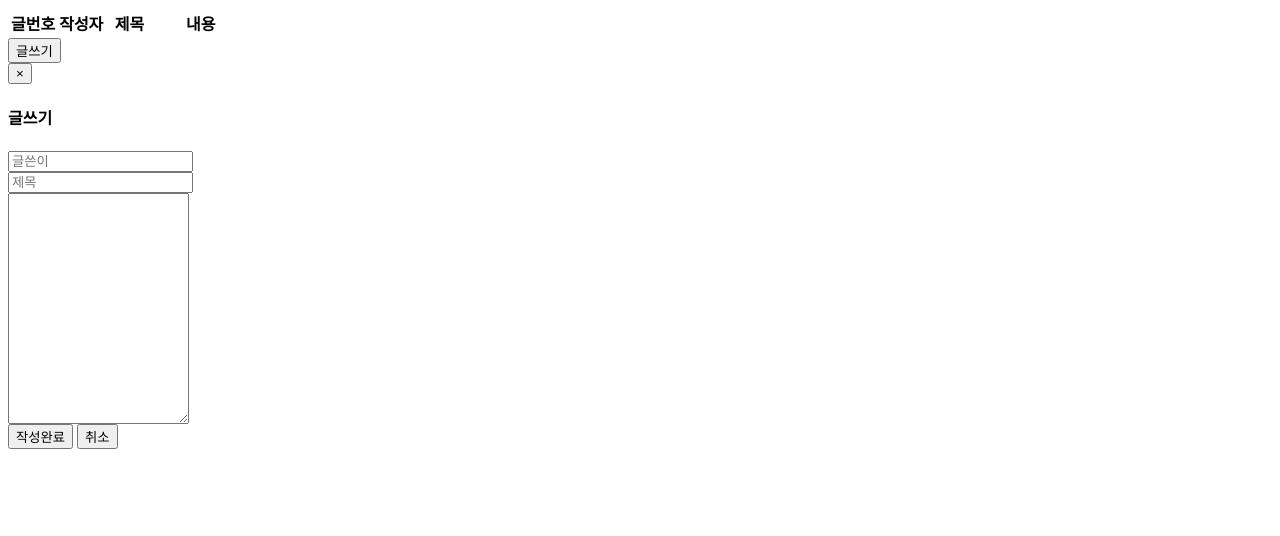
Repository: jjjikolpp/Developer
Page: http://localhost/myProject/include_normal_board.jsp
These files come from the project's save history. The page is drawn as it stood at one moment and after the next save; the edit follows.
The browser window is 1280 px wide. The pictures show the whole page.
The page is served by Tomcat 9. Nobody is signed in. The application's start-up code is not run. Other server files are loaded and not shown.

Above is the page before, as saved 2017-04-13 08:38:39.
Console error: ReferenceError: $ is not defined

### myProject/src/main/webapp/include_normal_board.jsp
<%@ page language="java" contentType="text/html; charset=UTF-8"
	pageEncoding="UTF-8"%>
<!DOCTYPE html PUBLIC "-//W3C//DTD HTML 4.01 Transitional//EN" "http://www.w3.org/TR/html4/loose.dtd">
<html>
<head>
<meta http-equiv="Content-Type" content="text/html; charset=UTF-8">
<title>Insert title here</title>
</head>
<script type="text/javascript">
	var title;
	var writer;
	var context;
	var nno;
	var pageNo = 1;
	var pageNum = 0;
	var state;
	//$(document).ready(normalViewAll());
	$(document).ready(count(1));

	function count(pageNo){

		console.log(pageNo);
		$.ajax({

			type : "get",
			url : "normal_count",
			dataType : "json",
			data : {pageNo : pageNo},
			success : function(data) {
				pageNum = data.count;
				console.log("count : " + data.count);
			},
			error : function(error) {
				console.log("normal_count err");
			}
		});
		setTimeout( () => {
		normalViewAll(pageNo);

		}, 10);
	}

	function normalViewAll(pageNo) {
		$("#jsonId").empty();


		$.ajax({

			type : "get",
			url : "normal",
			dataType : "json",
			data : {pageNo : pageNo},
			success : function(jsonData) {
				//console.log("data loding success");
				var str = "";
				var list = jsonData.datas;
				//console.log(list.length);
				//$("#jsonId").empty();
				$(list).each(
						function(index, objArr) {
							var splitid = this.n_context.substring(0,3);
							//console.log(splitid);

							str += '<tr>';
							str += '<td size="5">' + this.n_no + '</td>';
							str += '<td size="5">' + this.n_writer + '</td>';
							str += '<td size="10">' + this.n_title + '</td>';
							str += '<td>' + '<a href="#" onclick="selectShow('
									+ this.n_no + ')">' + splitid
									+ '<a>' + '</td>';
							str += '</tr>';
						});
				$("#jsonId").append(str) // 게시물
				// paging
				str = "";
				for (var a = 1; a <= pageNum; a++) {
					if (a  == pageNo) {

						str += a + "&nbsp";
					}else{
						str += '<a href="#" onclick="count('+ a + ')">' + a + '</a>' + '&nbsp';
					}
				}

				// 중
				$("#jsonId").append(str);

			},
			error : function() {
				console.log("normal_board_error");
			}

		});
	}

	function insertOk() { //작업중  //
		writer = $("#insertWriter").val();
		title = $("#insertTitle").val();
		context = $("#insertText").val();
		var formData = [ writer, title, context ];

		//
		console.log('insert 동작중');

		$.ajax({
			url : 'insertOk',
			dataType : 'json',
			type : 'POST',
			data : {
				writer : writer,
				title : title,
				context : context
			},
			success : function(stateData) {
				console.log(stateData);
				$("#jsonId").empty();
				normalViewAll("1");
			},
			error : function(error) {
				console.log(error);
			},
		});
		console.log('insert 동작 완료');

	}

	function selectShow(n_no) {
		$
				.ajax({
					url : 'selectNormal',
					dataType : 'json',
					type : 'GET',
					data : {
						n_no : n_no
					},
					success : function(jsonData) {
						nno = n_no;

						title = jsonData.n_title;
						writer = jsonData.n_writer;
						context = jsonData.n_context;
						var y = [ n_no, title, writer, context ];

						var str = "";
						str += '<button type="button" class="close" data-dismiss="modal">&times;</button>';

						str += '<div class="col-sm-9">';
						str += '<h4 class="modal-title">' + n_no + '번글</h4>'; // 1번호 작업
						str += '</div>';
						str += '<div class="col-sm-9" id="insertWriter">';
						str += '글쓴이 : ' + jsonData.n_writer;
						str += '</div></div>';

						str += '<div class="col-sm-9" id="insertTitle">';
						str += '제목 : ' + jsonData.n_title;
						str += '</div>';

						$("#modalTitle").html(str);

						str = "";
						str += '<div id="updateContext">'+jsonData.n_context+'</div>';

						$("#modalBody").html(str);

						str = "";

						str += '<button type="button" onclick="updateGo('
								+ n_no + ')"';
						str += 'class="btn btn-default">수정하러 가기</button>';
						str += '<button type="button" onclick="deleteGo('
								+ n_no + ')"';
						str += 'class="btn btn-default" data-dismiss="modal">글삭제</button>';

						str += '<button type="button" class="btn btn-default" data-dismiss="modal">취소</button>';

						$("#modalFooter").html(str);

						//modal을 띄워준다.

						$("#myModal").modal('show');

					},
					error : function(error) {
						console.log(error);
					},
				});

	}

	function updateGo(n_no) {
		state = 2;
		str = "";

		str += '<button type="button" class="close" data-dismiss="modal">&times;</button>';
		str += '<h4 class="modal-title">' + n_no + '번글 수정하기</h4>';
		str += '<div class="col-sm-3">';
		str += '<input class="form-control" id="insertWriter" name="name" type="text" placeholder="'+writer+'" value="'+writer+'" >';
		str += '</div>';
		str += '<div class="col-sm-9"><input type="text" class="form-control" id="insertTitle" placeholder="'+title+'" value="'+title+'"></div>';

		$("#modalTitle").html(str);

		str = "";

		str += '<textarea class="form-control" rows="15" id="insertText">'
				+ context + '</textarea>';

		$("#modalBody").html(str);

		str = '<button type="button" onclick="insertCheck('+state+');" class="btn btn-default" data-dismiss="modal">수정하기</button> <button type="button" class="btn btn-default" data-dismiss="modal">취소</button>';

		$("#modalFooter").html(str);
	}

	function updateOk() {
		title = $("#insertTitle").val();
		writer = $("#insertWriter").val();
		context = $("#insertText").val();
		console.log("title : " + title + ", writer : " + writer + ", context : " + context)

		$.ajax({
			url : 'updateOk',
			dataType : 'json',
			type : 'POST',
			data : {
				n_no : nno,
				title : title,
				writer : writer,
				context : context
			},
			success : function(data) {
				if (data.state == "UpdateCheckOk") {
					console.log("update 완료");
					$("#jsonId").empty();
					normalViewAll(1);
				} else if (data.state == "UpdateCheckNo") {
					console.log("update 실패")
				} else {
					console.log("updateOk() err")
				}
			},
			error : function(error) {

			}
		});

	};

	function deleteGo(n_no) {
		$.ajax({
			url : "deleteGo",
			method : "get",
			data : {
				n_no : n_no
			},
			dataType : "json",
			success : function(data) {
				if (data.state = "DeleteOk") {
					console.log("삭제 완료")
				} else if (data.state = "DeleteNo") {
					console.log("삭제 실패")
				} else {
					console.log("DeleteGo Controller err")
				}
			},
			error : function(error) {
				console.log("deleteGo err : " + error)
			}
		});
		$("#jsonId").empty();
		setTimeout("normalViewAll()", 30);

	}

	function getTextLength(str) { // 문자열 길이
        var len = 0;
        for (var i = 0; i < str.length; i++) {
            if (escape(str.charAt(i)).length == 6) {
                len++;
            }
            len++;
        }
        return len;
    }


	function insertCheck(state) { // 여기하는중
		//alert(getTextLength($("#insertWriter").val()));
		if ($.trim($("#insertWriter").val()) == "") {
			str = "";

			str += '<button type="button" class="close" data-dismiss="modal">&times;</button>';
			str += '<h4 class="modal-title">글쓰기</h4>';
			str += '<div class="col-sm-3 has-error">';
			str += '<input class="form-control" id="insertWriter" name="name" type="text" placeholder="글쓴이">';
			str += '<span class="glyphicon glyphicon-remove form-control-feedback"></span>';
			str += '</div>';
			str += '<div class="col-sm-9">';
			str += '<input type="text" class="form-control" id="insertTitle" placeholder="제목">';
			str += '</div>';

			$("#modalTitle").html(str);

			$('#myModal').modal({
				remote : 'modal.html'
			});

		} else if ($.trim($("#insertTitle").val()) == "") {
			var writer = $("#insertWriter").val();

			str = "";

			str += '<button type="button" class="close" data-dismiss="modal">&times;</button>';
			str += '<h4 class="modal-title">글쓰기</h4>';
			str += '<div class="col-sm-3">';
			str += '<input class="form-control" id="insertWriter" name="name" type="text" placeholder="글쓴이" value="'+writer+'">';
			str += '</div>';
			str += '<div class="col-sm-9 has-error">';
			str += '<input type="text" class="form-control" id="insertTitle" placeholder="제목">';
			str += '<span class="glyphicon glyphicon-remove form-control-feedback"></span>';
			str += '</div>';

			$("#modalTitle").html(str);

			//
			$('#myModal').modal({
				remote : 'modal.html'
			});

		} else if ($.trim($("#insertText").val()) == "") {

			str = "";
			str += '<div class="has-error">';
			str += '<span class="glyphicon glyphicon-remove form-control-feedback"></span>';
			str += '<textarea class="form-control " rows="15" id="insertText" placeholder="내용이 있어야 합니다"></textarea>';

			str += '</div>';
			$("#modalBody").html(str);
			$('#myModal').modal({
				remote : 'modal.html'
			});

		} else {
			if (state == 1) {
				insertOk();

			}else if (state == 2){
				updateOk();
			}else {
				alert("insert / update Check err")
				return;
			}
			$('#myModal').modal('hide');
		}
	}

	function writeView() {
		state = "1";
		var str = "";

		str += '<button type="button" class="close" data-dismiss="modal">&times;</button>';
		str += '<h4 class="modal-title">글쓰기</h4>';
		str += '<div class="col-sm-3">';
		str += '<input class="form-control" id="insertWriter" name="name" type="text" placeholder="글쓴이">';
		str += '</div>';
		str += '<div class="col-sm-9">';
		str += '<input type="text" class="form-control" id="insertTitle" placeholder="제목">';
		str += '</div>';

		$("#modalTitle").html(str);

		str = "";

		str += '<textarea class="form-control " rows="15" id="insertText"></textarea>';

		//
		$("#modalBody").html(str);

		str = "";

		str += '<button type="button" onclick="insertCheck('+state+')" class="btn btn-default" >작성완료</button>';
		str += '<button type="button" class="btn btn-default" data-dismiss="modal">취소</button>';

		str += '</div>';

		$("#modalFooter").html(str);
		$("#myModal").modal('show');

	}
</script>
<body>
	<div class="container bg-3">
		<table class="table">
			<thead>
				<tr>
					<th>글번호</th>
					<th>작성자</th>
					<th width="20%">제목</th>
					<th width="40%">내용</th>
				</tr>
			</thead>
			<tbody id="jsonId">


			</tbody>

		</table>

		<!-- Trigger the modal with a button -->
		<button type="button" class="btn btn-default" onclick="writeView()">글쓰기</button>

		<!-- Modal -->
		<div id="myModal" class="modal fade" role="dialog">
			<div class="modal-dialog">

				<!-- Modal content-->
				<div class="modal-content">
					<div class="modal-header" id="modalTitle">
						<button type="button" class="close" data-dismiss="modal">&times;</button>
						<h4 class="modal-title">글쓰기</h4>
						<div class="col-sm-3">
							<input class="form-control" id="insertWriter" name="name"
								type="text" placeholder="글쓴이">
						</div>
						<div class="col-sm-9">
							<input type="text" class="form-control" id="insertTitle"
								placeholder="제목">
						</div>
					</div>
					<div class="modal-body" id="modalBody">
						<textarea class="form-control" rows="15" id="insertText"></textarea>
					</div>
					<div class="modal-footer" id="modalFooter">
						<button type="button" onclick="insertOk();"
							class="btn btn-default" data-dismiss="modal">작성완료</button>
						<button type="button" class="btn btn-default" data-dismiss="modal">취소</button>
					</div>
				</div>

			</div>
		</div>




	</div>
	<script type="text/javascript">

	</script>


</body>
</html>

After the next save:
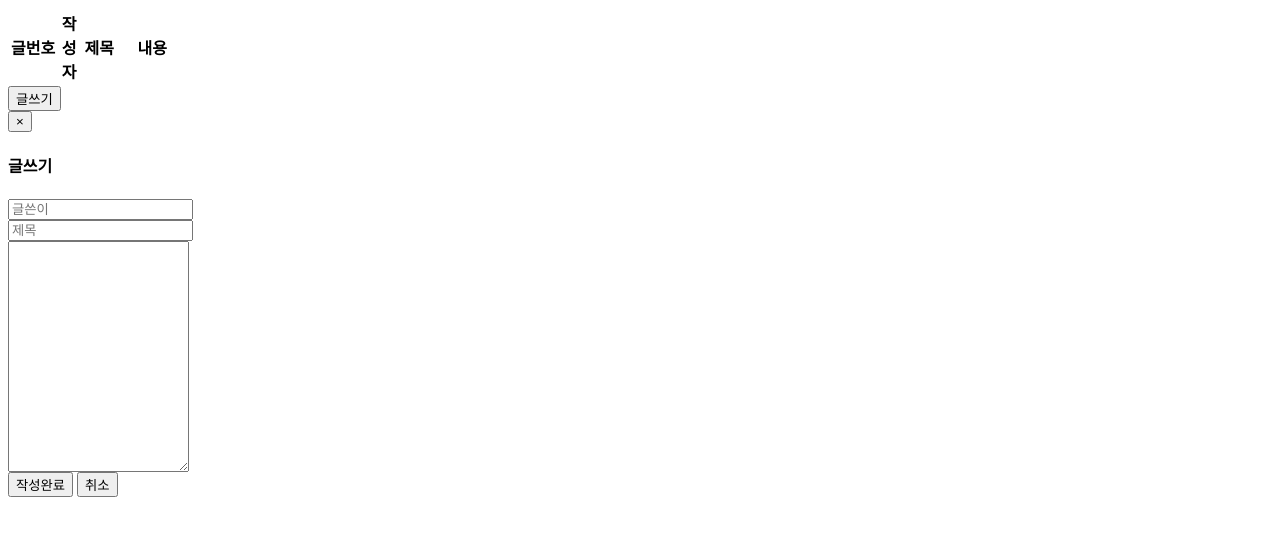
Saved 18 s later.
--- a/myProject/src/main/webapp/include_normal_board.jsp
+++ b/myProject/src/main/webapp/include_normal_board.jsp
@@ -394,7 +394,7 @@
 			<thead>
 				<tr>
 					<th>글번호</th>
-					<th>작성자</th>
+					<th width="20">작성자</th>
 					<th width="20%">제목</th>
 					<th width="40%">내용</th>
 				</tr>
